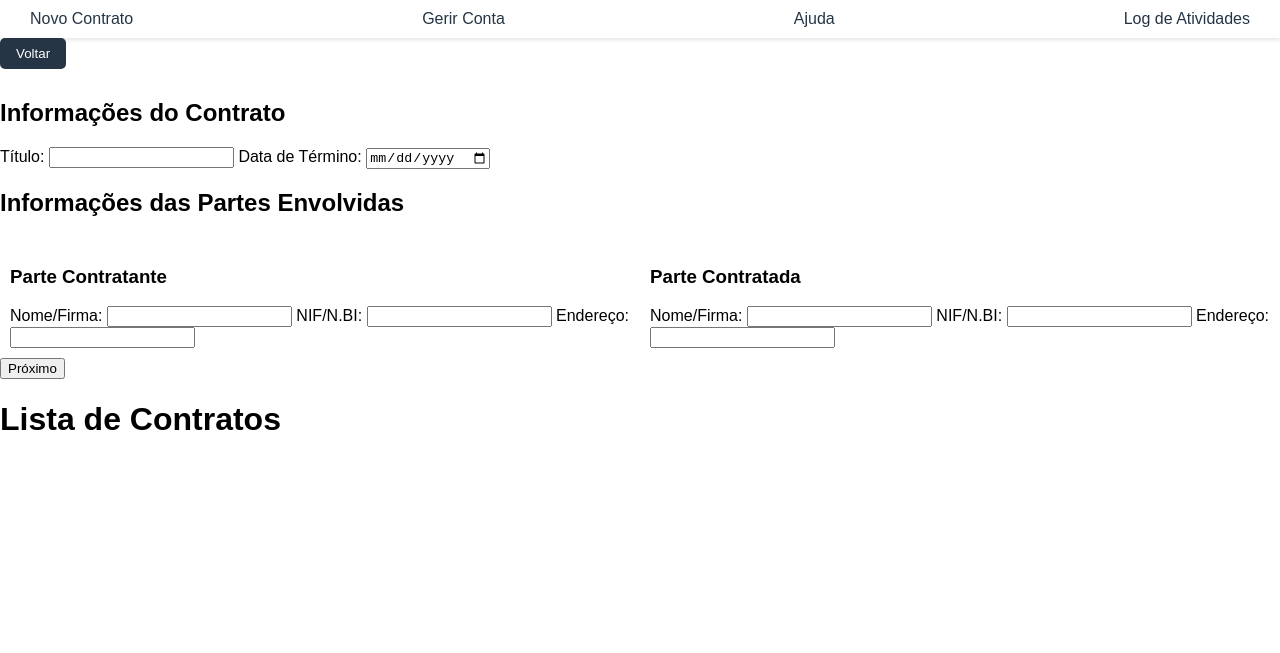
Repository: YuaneCastro/Sistema-de-Gest-o-de-Usu-rios-e-Contratos
Page: tela-principal/tela-principal.html
The author's editor kept a copy of each file at every save. The page is drawn from the files as they stood at one save, then again after the next save.
The browser window is 1280 px wide. The pictures show the whole page.

Above is the page before, as saved 2024-06-23 10:28:15.
Console error: ReferenceError: loadContratos is not defined

### tela-principal/tela-principal.html
<!DOCTYPE html>
<html lang="en">
<head>
    <meta charset="UTF-8">
    <meta name="viewport" content="width=device-width, initial-scale=1.0">
    <title>Tela Principal</title>
    <link rel="stylesheet" href="/tela-principal/styles-principal.css">
</head>
<body>
    <div class="top-bar">
        <p id="criar-contrato-link" class="clickable">Novo Contrato</p>
        <p id="manage-account-link" class="clickable">Gerir Conta</p>
        <p id="ajuda-link" class="clickable">Ajuda</p>
        <p id="log-atividades-link" class="clickable">Log de Atividades</p>
    </div>

    <div id="criar-contrato-screen" class="screen">
        <button id="criar-contrato-back-button" class="round-button">Voltar</button>
        <h2>Informações do Contrato</h2>
        <form id="criar-contrato-form">
            <label for="titulo">Título:</label>
            <input type="text" id="titulo" name="titulo" required>
            <label for="data-termino">Data de Término:</label>
            <input type="date" id="data-termino" name="data-termino" required>

            <h2>Informações das Partes Envolvidas</h2>
            <div class="flex-container">
                <div class="flex-item">
                    <h3>Parte Contratante</h3>
                    <label for="contratante-nome">Nome/Firma:</label>
                    <input type="text" id="contratante-nome" name="contratante-nome" required>
                    <label for="contratante-nif">NIF/N.BI:</label>
                    <input type="text" id="contratante-nif" name="contratante-nif" required>
                    <label for="contratante-endereco">Endereço:</label>
                    <input type="text" id="contratante-endereco" name="contratante-endereco" required>
                </div>
                <div class="flex-item">
                    <h3>Parte Contratada</h3>
                    <label for="contratado-nome">Nome/Firma:</label>
                    <input type="text" id="contratado-nome" name="contratado-nome" required>
                    <label for="contratado-nif">NIF/N.BI:</label>
                    <input type="text" id="contratado-nif" name="contratado-nif" required>
                    <label for="contratado-endereco">Endereço:</label>
                    <input type="text" id="contratado-endereco" name="contratado-endereco" required>
                </div>
            </div>
            <button type="submit">Próximo</button>
        </form>
    </div>


    <h1>Lista de Contratos</h1>
    <ul class="contratos-list" id="contratos-list">
        <!-- Aqui serão inseridos os contratos dinamicamente -->
    </ul>
    <script src="script-principal.js"></script>
</body>
</html>

### tela-principal/styles-principal.css
body {
    font-family: Arial, sans-serif;
    padding: 0;
    margin: 0;
}

.top-bar {
    background-color: white;
    color: #263546;
    padding: 10px 20px;
    display: flex;
    justify-content: space-between;
    align-items: center;
    box-shadow: 0 2px 4px rgba(0, 0, 0, 0.1);
}

.top-bar p {
    margin: 0 10px;
    cursor: pointer;
    transition: opacity 0.3s ease;
    color: #263546;
}

.top-bar p:hover {
    opacity: 0.8;
}

.flex-container {
    display: flex;
    justify-content: space-between;
}

.flex-item {
    flex: 1;
    padding: 10px;
}

.round-button {
    margin-bottom: 10px;
    padding: 8px 16px;
    background-color: #263546;
    color: white;
    border: none;
    border-radius: 5px;
    cursor: pointer;
}

### tela-principal/script-principal.js
document.addEventListener('DOMContentLoaded', () => {
    loadContratos();
    const form = document.querySelector('form');
    const logTableBody = document.querySelector('#logTableBody');
    const successMessage = document.querySelector('#successMessage');

    form.addEventListener('submit', async function (event) {
        event.preventDefault();
        const username = form.querySelector('#username').value;
        const email = form.querySelector('#email').value;
        try {
            const response = await fetch('/configuracoes', {
                method: 'POST',
                headers: {
                    'Content-Type': 'application/json'
                },
                body: JSON.stringify({
                    username: username,
                    email: email,
                })
            });
            if (!response.ok) {
                throw new Error('Erro ao atualizar dados do usuário');
            }
            const responseData = await response.json();
            console.log('Dados atualizados:', responseData);
            successMessage.style.display = 'block'; // Mostra mensagem de sucesso
            setTimeout(() => {
                successMessage.style.display = 'none'; // Esconde após alguns segundos
            }, 3000);
            form.reset(); // Limpa o formulário após a atualização
            // Após atualizar, recarrega os logs de atividade
            await carregarLogsAtividades();
        } catch (error) {
            console.error('Erro ao atualizar dados:', error);
            // Tratar erro: exibir mensagem de erro para o usuário se necessário
        }
    });

    // Link de Novo Contrato
    document.getElementById('criar-contrato-link').addEventListener('click', function() {
        window.location.href = '/criar-contrato';
    });

    // Link de Gerir Conta
    document.getElementById('manage-account-link').addEventListener('click', function() {
        document.body.classList.add('show-help-screen');
    });
});

After the next save:
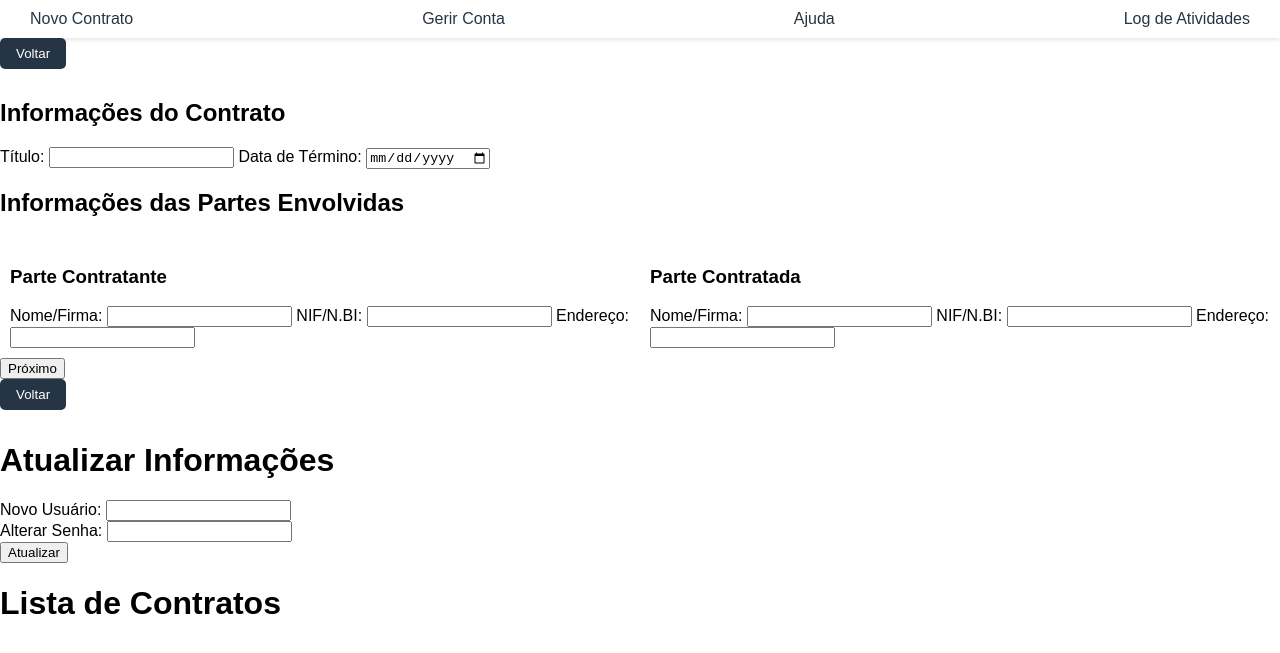
Saved 22 s later.
--- a/tela-principal/tela-principal.html
+++ b/tela-principal/tela-principal.html
@@ -48,7 +48,17 @@
         </form>
     </div>
 
-
+    <div id="update-screen" class="screen">
+        <button id="update-back-button" class="round-button">Voltar</button>
+        <h1>Atualizar Informações</h1>
+        <label for="new-user">Novo Usuário:</label>
+        <input type="text" id="new-user">
+        <br>
+        <label for="change-password">Alterar Senha:</label>
+        <input type="password" id="change-password">
+        <br>
+        <button id="update-button">Atualizar</button>
+    </div>
     <h1>Lista de Contratos</h1>
     <ul class="contratos-list" id="contratos-list">
         <!-- Aqui serão inseridos os contratos dinamicamente -->
